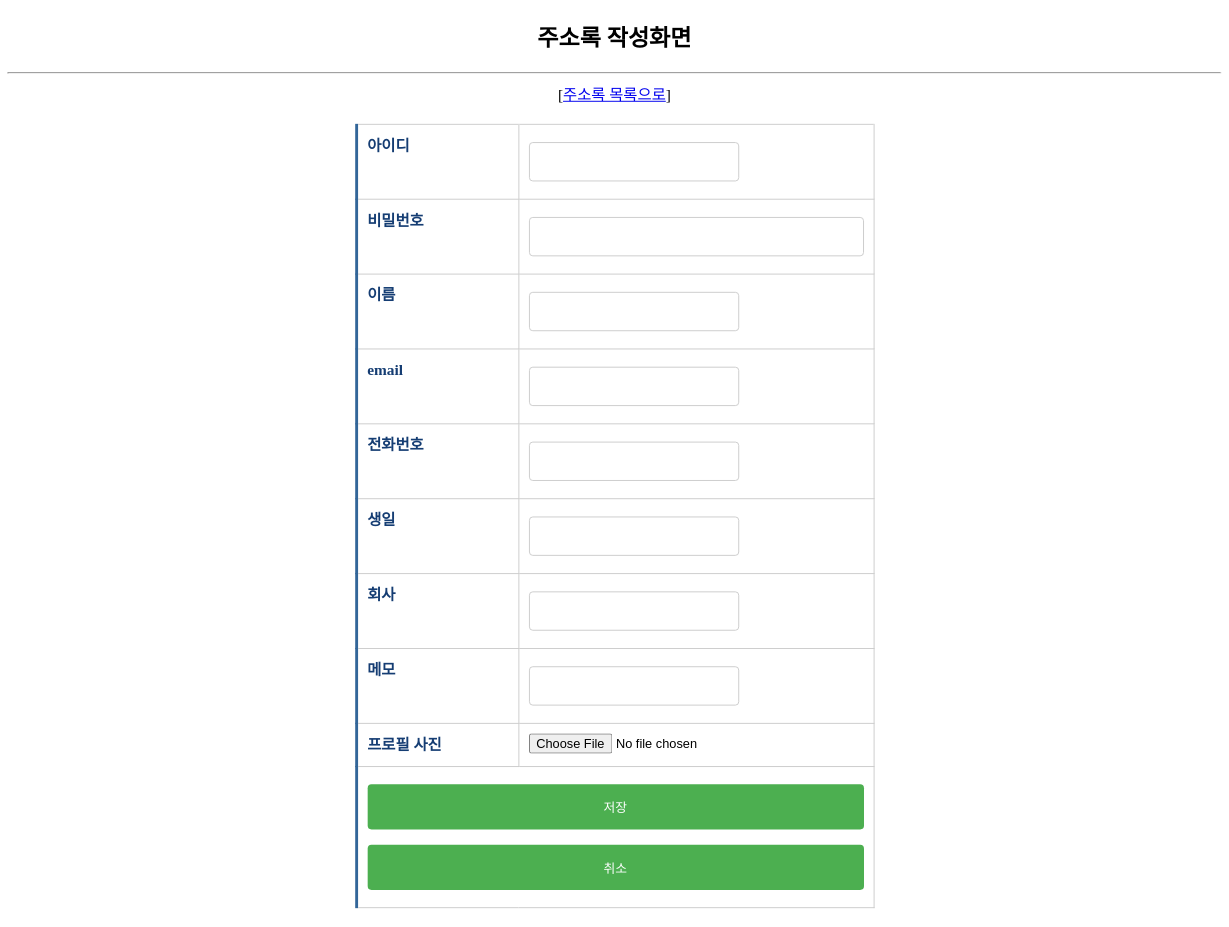
Repository: LeeHyukJe/jsp-bit
Page: http://localhost/jsp3/addrbook/addrbook_form.jsp
An editor plug-in stored every save of this project. The page is shown before and after the next save, followed by the edit.
The browser window is 1280 px wide. The pictures show the whole page, at 96% of full size.
The page is served by Tomcat 9.

Above is the page before, as saved 2017-09-20 07:47:51.

After the next save:
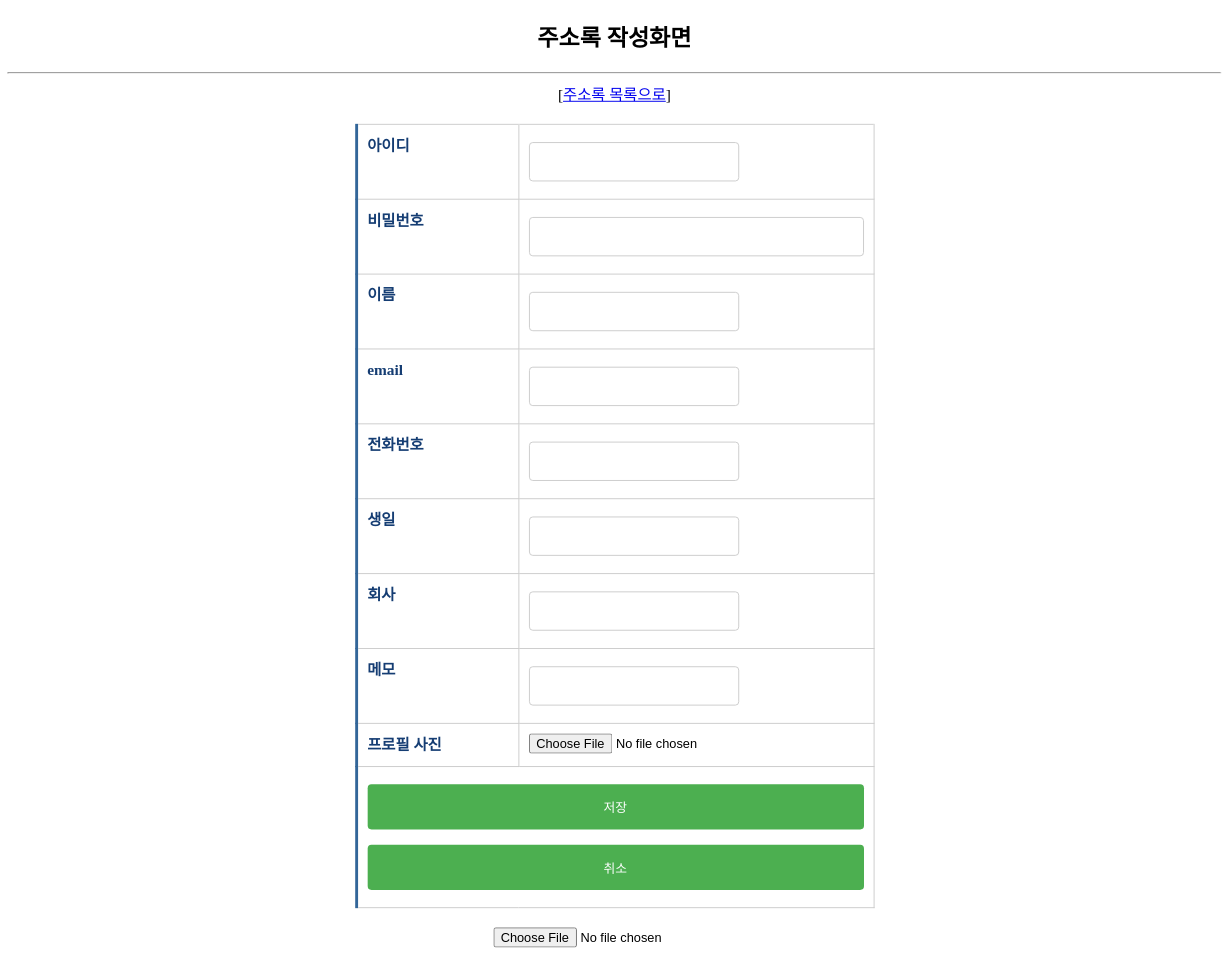
Saved 4 min 44 s later.
--- a/jsp3/WebContent/addrbook/addrbook_form.jsp
+++ b/jsp3/WebContent/addrbook/addrbook_form.jsp
@@ -63,6 +63,7 @@
                     <input type="reset" value="취소"></td>
             </tr>
         </table>
+        <input type="file" name="ab_picture">
     </form>
 </div>
 </body>
